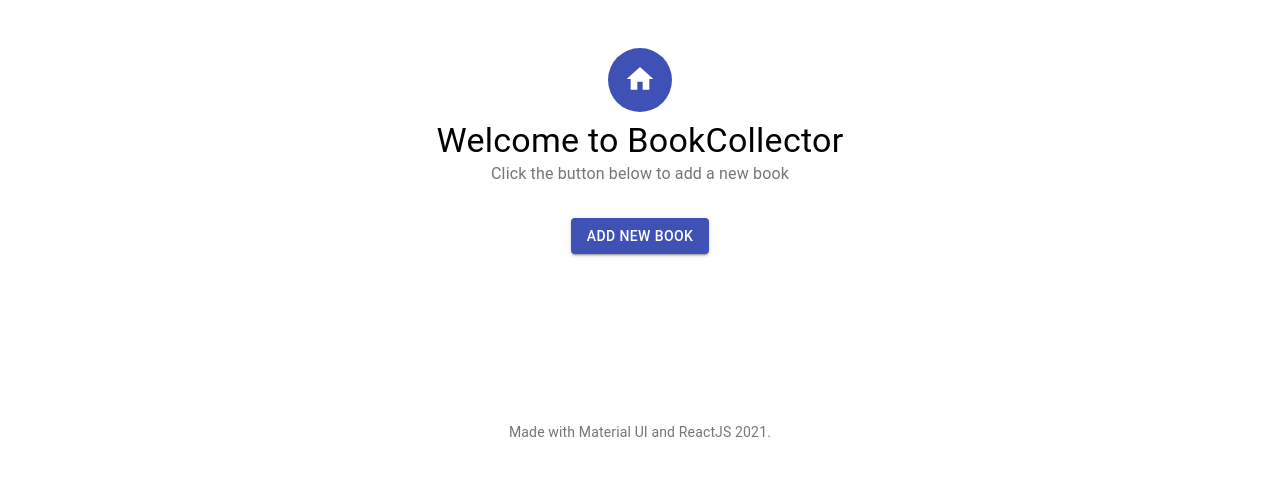
Repository: Colo-Codes/mini-project-react-book-collector
Page: /
An editor plug-in stored every save of this project. The page is shown before and after the next save, followed by the edit.
The browser window is 1280 px wide. The pictures show the whole page.
The project was rebuilt for these pictures with package versions that can differ from the ones it lists, and the page was loaded fresh each time. Also part of the build but not shown: src/Books/BooksGridItem.js, src/Books/AddBookForm.js.

Above is the page before, as saved 2021-08-25 13:33:27.

After the next save:
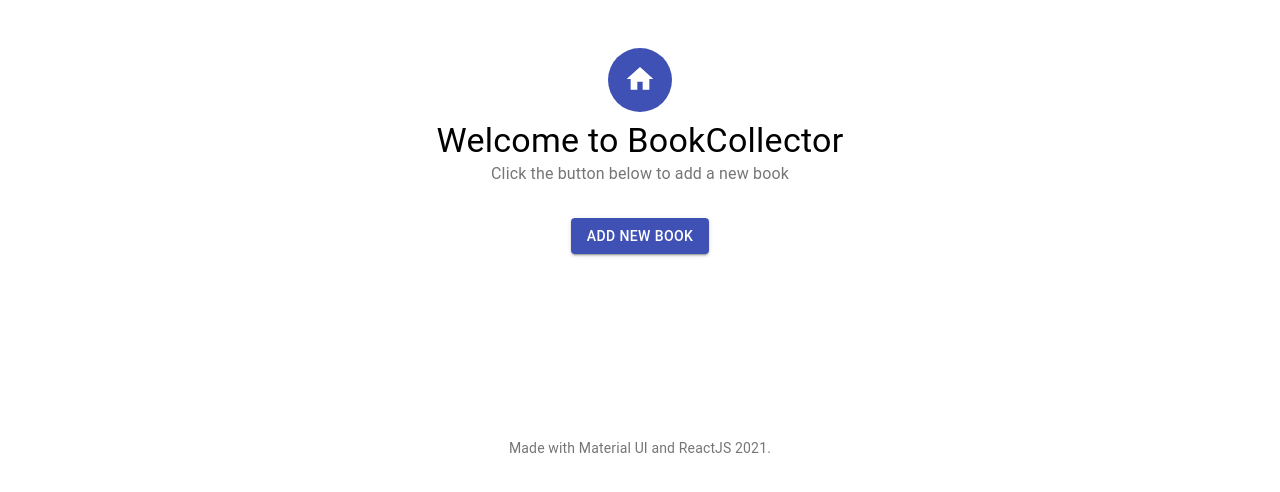
Saved 77 s later.
--- a/src/Books/BooksGrid.js
+++ b/src/Books/BooksGrid.js
@@ -6,7 +6,9 @@
 
     return (
         <Container>
-            <Grid container spacing={2}>
+            <Grid container direction="row"
+                justifyContent="center"
+                alignItems="stretch">
                 {props.bookList.length > 0 && props.bookList.map(bookItem =>
                     <BooksGridItem key={bookItem.id} id={bookItem.id} title={bookItem.title} author={bookItem.author} onDelete={props.onDeleteBook} />
                 )}

After the save that followed:
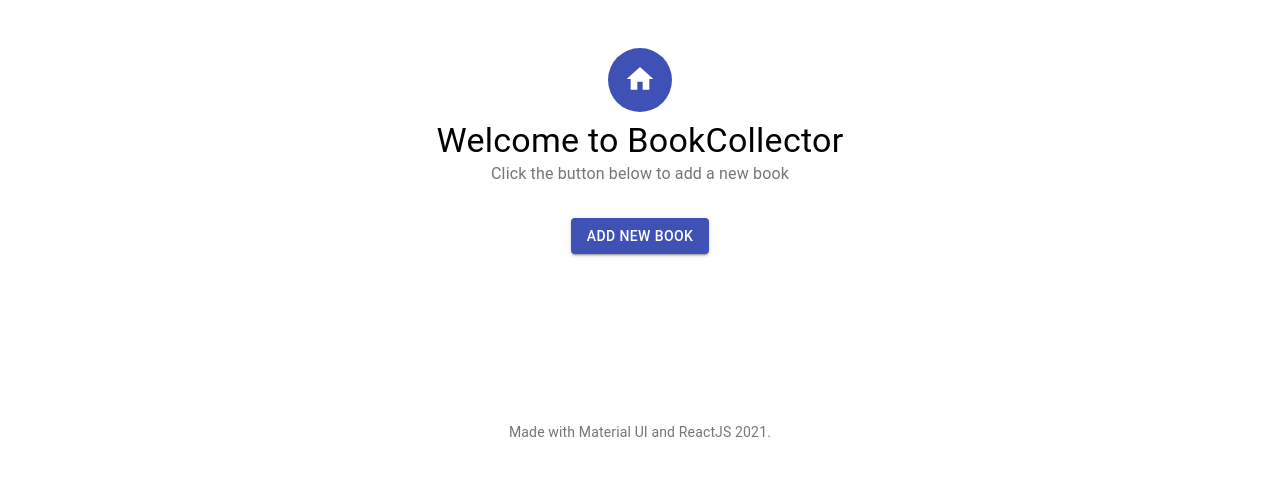
Saved 11 s later.
--- a/src/Books/BooksGrid.js
+++ b/src/Books/BooksGrid.js
@@ -6,7 +6,7 @@
 
     return (
         <Container>
-            <Grid container direction="row"
+            <Grid container spacing={2} direction="row"
                 justifyContent="center"
                 alignItems="stretch">
                 {props.bookList.length > 0 && props.bookList.map(bookItem =>
